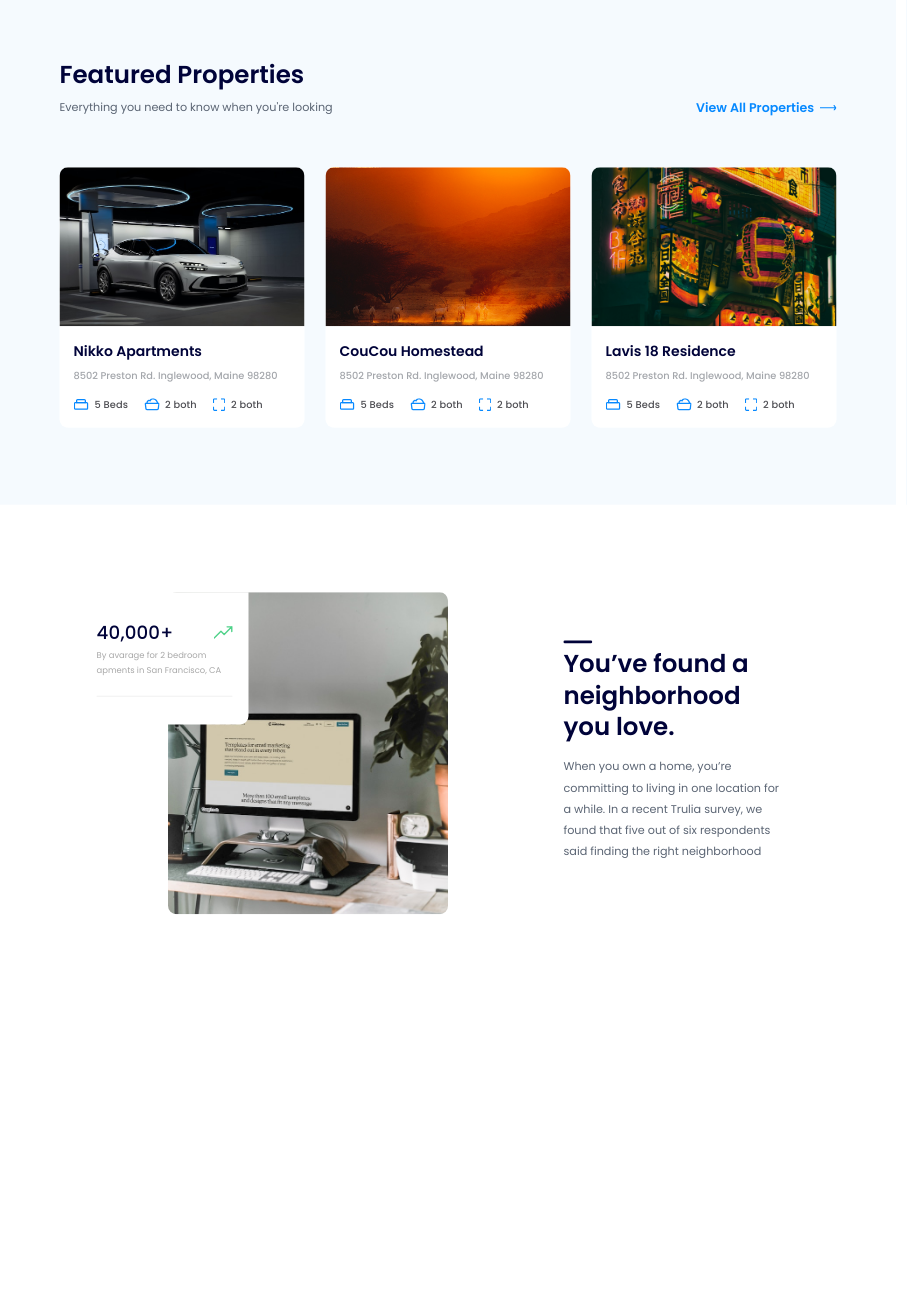
Repository: empty24062002/f8-htmlcss-01
Page: index.html
An editor plug-in stored every save of this project. The page is shown before and after the next save, followed by the edit.
The browser window is 1280 px wide. The page is 1295 px wide, so the pictures cover 1295 px, including what lies to the right of the window. The pictures show the part of the page from y = 1890 to 3770 px (the page is 10000 px tall), at 70% of full size.

Above is the page before, as saved 2023-07-13 10:45:38.

### index.html
<!DOCTYPE html>
<html lang="en">
    <head>
        <meta charset="UTF-8" />
        <meta name="viewport" content="width=device-width, initial-scale=1.0" />
        <title>F8 PROJECT 01</title>
        <link rel="stylesheet" href="./assets/css/reset.css" />
        <link rel="stylesheet" href="./assets/fonts/stylesheet.css" />
        <link rel="stylesheet" href="./assets/css/styles.css" />
    </head>
    <body>
        <main style="height: 10000px">
            <!-- Header -->
            <header class="header">
                <div class="content">
                    <nav class="navbar">
                        <!-- Logo -->
                        <img src="./assets/img/Logo.svg" alt="Besnik." />
                        <!-- Navigation -->
                        <ul>
                            <li><a href="#!">Home</a></li>
                            <li><a href="#!">Features</a></li>
                            <li><a href="#!">Services</a></li>
                            <li><a href="#!">Resources</a></li>
                            <li><a href="#!">Contact</a></li>
                        </ul>
                        <!-- Action -->
                        <div class="actions">
                            <a href="#!" class="action-link">Sign in</a>
                            <a href="#!" class="btn action-btn">Sign up</a>
                        </div>
                    </nav>

                    <div class="hero">
                        <div class="info">
                            <p class="sub-title">Welcome to Besnik Agency</p>
                            <h1 class="title">
                                Discover a place you'll love to live.
                            </h1>
                            <p class="desc">
                                Get the best real estate deals first, before
                                they hit the mass market! HOT FORECLOSURE DEALS
                                with one simple search.
                            </p>
                            <!-- cta: call to action -->
                            <a href="#!" class="btn hero-cta">More About Us</a>
                        </div>

                        <img
                            src="./assets/img/hero-img.svg"
                            alt="Discover a place you'll love to live."
                            class="hero-img"
                        />
                    </div>
                </div>
            </header>

            <!-- Clients -->
            <div class="clients">
                <div class="content">
                    <div class="row">
                        <!-- Logo -->
                        <img src="./assets/img/Logo.svg" alt="Besnik" />

                        <!-- Stars -->
                        <div class="stars">
                            <img src="./assets/img/star.svg" alt="star" />
                            <img src="./assets/img/star.svg" alt="star" />
                            <img src="./assets/img/star.svg" alt="star" />
                            <img src="./assets/img/star.svg" alt="star" />
                            <img src="./assets/img/star.svg" alt="star" />
                        </div>
                    </div>

                    <div class="row row-desc">
                        <p class="desc">
                            More than 45,000+ companies trust besnik
                        </p>
                        <p class="desc">5 Star Ratings (2k+ Review)</p>
                    </div>

                    <div class="images">
                        <img src="./assets/img/meundies-cllients1.svg" alt="" />
                        <img src="./assets/img/slack-clients.svg" alt="" />
                        <img src="./assets/img/amz-clients 3.svg" alt="" />
                        <img
                            src="./assets/img/woo-commerce-clients 4.svg"
                            alt=""
                        />
                        <img src="./assets/img/sitepoint-clients5.svg" alt="" />
                    </div>
                </div>
            </div>

            <!-- Guides -->
            <div class="guides">
                <div class="content">
                    <h2 class="sub-title">How its works?</h2>
                    <p class="desc">
                        Everything you need to know when you're looking to buy,
                        rent, or sell - all in one place.
                    </p>

                    <!-- List Guide -->
                    <ul class="list-guide">
                        <li class="guide-item">
                            <img
                                src="./assets/img/cart-icon.svg"
                                alt="buyer"
                                class="icon"
                            />
                            <h3 class="title">Buyer Guides</h3>
                            <a href="How to buy" class="link">
                                <span>How to buy</span>
                                <img
                                    src="./assets/img/arow-right.svg"
                                    alt="arrow right"
                                    class="arrow"
                                />
                            </a>
                        </li>
                        <li class="guide-item">
                            <img
                                src="./assets/img/rent-icon.svg"
                                alt="rent"
                                class="icon"
                            />
                            <h3 class="title">Renter Guides</h3>
                            <a href="How to buy" class="link">
                                <span>How to rent</span>
                                <img
                                    src="./assets/img/arow-right.svg"
                                    alt="arrow right"
                                    class="arrow"
                                />
                            </a>
                        </li>
                        <li class="guide-item">
                            <img
                                src="./assets/img/sellerr-icon.svg"
                                alt="Seller"
                                class="icon"
                            />
                            <h3 class="title">Seller Guides</h3>
                            <a href="How to buy" class="link">
                                <span>How to sell</span>
                                <img
                                    src="./assets/img/arow-right.svg"
                                    alt="arrow right"
                                    class="arrow"
                                />
                            </a>
                        </li>
                    </ul>

                    <div class="guide-cta">
                        <a href="#!" class="btn">Sell Full Guidelines</a>
                    </div>
                </div>
            </div>

            <!-- Featured -->
            <div class="featured">
                <div class="content">
                    <header>
                        <h2 class="sub-title">Featured Properties</h2>
                        <div class="row">
                            <p class="desc">
                                Everything you need to know when you're looking
                            </p>
                            <a href="#!" class="link">
                                <span>View All Properties</span>
                                <img
                                    src="./assets/img/arow-right.svg"
                                    alt="arrow right"
                                    class="arrow"
                                />
                            </a>
                        </div>
                    </header>

                    <div class="list">
                        <!-- Featured item 1 -->
                        <div class="item">
                            <a href="#!">
                                <img
                                    src="./assets/img/featured-1.jpg"
                                    alt="Nikko Apartments"
                                    class="thumbnail"
                                />
                            </a>
                            <div class="body">
                                <h3 class="title">
                                    <a href="#!">Nikko Apartments</a>
                                </h3>
                                <p class="desc">
                                    8502 Preston Rd. Inglewood, Maine 98280
                                </p>
                                <div class="info">
                                    <img
                                        src="./assets/img/icon-1.svg"
                                        alt=""
                                        class="icon"
                                    />
                                    <span class="lable">5 Beds</span>
                                    <img
                                        src="./assets/img/icon-2.svg"
                                        alt=""
                                        class="icon"
                                    />
                                    <span class="lable">2 both</span>
                                    <img
                                        src="./assets/img/icon-3.svg"
                                        alt=""
                                        class="icon"
                                    />
                                    <span class="lable">2 both</span>
                                </div>
                            </div>
                        </div>
                        <!-- Featured item 2 -->
                        <div class="item">
                            <a href="#!">
                                <img
                                    src="./assets/img/featured-2.jpg"
                                    alt="CouCou Homestead"
                                    class="thumbnail"
                                />
                            </a>
                            <div class="body">
                                <h3 class="title">
                                    <a href="#!" class="line-clamp"
                                        >CouCou Homestead</a
                                    >
                                </h3>
                                <p class="desc line-clamp">
                                    8502 Preston Rd. Inglewood, Maine 98280
                                </p>
                                <div class="info">
                                    <img
                                        src="./assets/img/icon-1.svg"
                                        alt=""
                                        class="icon"
                                    />
                                    <span class="lable">5 Beds</span>
                                    <img
                                        src="./assets/img/icon-2.svg"
                                        alt=""
                                        class="icon"
                                    />
                                    <span class="lable">2 both</span>
                                    <img
                                        src="./assets/img/icon-3.svg"
                                        alt=""
                                        class="icon"
                                    />
                                    <span class="lable">2 both</span>
                                </div>
                            </div>
                        </div>
                        <!-- Featured item 3 -->
                        <div class="item">
                            <a href="#!">
                                <img
                                    src="./assets/img/featured-3.jpg"
                                    alt="Lavis 18 Residence"
                                    class="thumbnail"
                                />
                            </a>
                            <div class="body">
                                <h3 class="title">
                                    <a href="#!">Lavis 18 Residence</a>
                                </h3>
                                <p class="desc">
                                    8502 Preston Rd. Inglewood, Maine 98280
                                </p>
                                <div class="info">
                                    <img
                                        src="./assets/img/icon-1.svg"
                                        alt=""
                                        class="icon"
                                    />
                                    <span class="lable">5 Beds</span>
                                    <img
                                        src="./assets/img/icon-2.svg"
                                        alt=""
                                        class="icon"
                                    />
                                    <span class="lable">2 both</span>
                                    <img
                                        src="./assets/img/icon-3.svg"
                                        alt=""
                                        class="icon"
                                    />
                                    <span class="lable">2 both</span>
                                </div>
                            </div>
                        </div>
                    </div>
                </div>
            </div>

            <!-- Stats -->
            <div class="stats">
                <div class="content">
                    <div class="row">
                        <div class="img-block">
                            <img
                                class="image"
                                src="./assets/img/stat-img.jpg"
                                alt="You’ve found a neighborhood you love."
                            />

                            <!-- Trend -->
                            <div class="stats-trend">
                                <div class="row">
                                    <strong class="value">40,000+</strong>
                                    <img
                                        src="./assets/img/trend-img.svg"
                                        alt=""
                                        class="icon"
                                    />
                                </div>
                                <p class="desc">
                                    By avarage for 2 bedroom apments in San
                                    Francisco, CA
                                </p>
                                <div class="separate"></div>
                            </div>
                        </div>
                        <div class="info">
                            <h2 class="sub-title">
                                You’ve found a neighborhood you love.
                            </h2>
                            <p class="desc">
                                When you own a home, you’re committing to living
                                in one location for a while. In a recent Trulia
                                survey, we found that five out of six
                                respondents said finding the right neighborhood
                            </p>
                        </div>
                    </div>
                </div>
            </div>
        </main>
    </body>
</html>

### assets/css/styles.css
* {
    box-sizing: border-box;
}

:root {
    --primary-color: #0f1b4c;
}

html {
    font-size: 62.5%;
}

body {
    font-size: 1.6rem;
    font-family: "Poppins", sans-serif;
}
/* Common */
a {
    text-decoration: none;
}

.content {
    width: 1110px;
    max-width: calc(100% - 48px);
    margin-left: auto;
    margin-right: auto;
}

.btn {
    display: inline-block;
    min-width: 98px;
    padding: 18px 16px;
    border-radius: 12px;
    background: var(--primary-color);
    font-size: 1.4rem;
    font-weight: 500;
    text-align: center;
    color: #fff;
}

.btn:hover {
    opacity: 0.9;
}

.line-clamp {
    display: -webkit-box;
    -webkit-line-clamp: var(--line-clamp, 2);
    -webkit-box-orient: vertical;
    overflow: hidden;
}

/* Header */
.header {
    position: relative;
    background-color: #e6f0ff;
    height: 100vh;
}

.navbar {
    display: flex;
    align-items: center;
    padding-top: 38px;
}

.navbar ul {
    display: flex;
    margin-left: 50px;
}

.navbar ul a {
    font-size: 1.4rem;
    font-weight: 500;
    color: #4f5361;
    padding: 8px 14px;
}

.navbar ul a:hover {
    text-decoration: underline;
}

.navbar .actions {
    margin-left: auto;
}

.navbar .action-link {
    font-size: 1.4rem;
    font-weight: 500;
    color: var(--primary-color);
    margin-right: 18px;
}

.navbar .action-btn {
    padding: 13px 16px;
    border-radius: 8px;
}

.hero {
    margin-top: 130px;
}

.hero .info {
    width: 51%;
}

.hero .sub-title {
    color: #687690;
    font-size: 1.8rem;
    line-height: 1.5;
    font-weight: 500;
    letter-spacing: 0.01em;
}

.hero .title {
    margin-top: 8px;
    color: #000336;
    font-size: 6.2rem;
    font-weight: 700;
    line-height: 1.19;
}

.hero .desc {
    margin-top: 30px;
    color: #5a6473;
    font-size: 1.8rem;
    font-weight: 400;
    line-height: 1.78;
}

.hero-cta {
    min-width: 170px;
    margin-top: 40px;
}

.hero-img {
    position: absolute;
    right: calc((100vw - 1110px) / 2 - 100px);
    bottom: 0;
}

/* Clients */
.clients {
    margin-top: 79px;
    padding: 43px 0 64px;
}

.clients .row {
    display: flex;
    justify-content: space-between;
}

.clients .row-desc {
    margin-top: 23px;
}

.clients .desc {
    font-size: 1.6rem;
    font-weight: 500;
    line-height: 20px;
}

.clients .images {
    display: flex;
    justify-content: space-between;
    align-items: center;
    margin-top: 96px;
}

/* Guides */

.guides {
    margin-top: 40px;
    padding: 93px 0 79px;
}

.guides .sub-title {
    position: relative;
    color: #000339;
    text-align: center;
    font-size: 3.5rem;
    font-weight: 600;
    line-height: 35px;
}

.guides .sub-title::before {
    position: absolute;
    display: inline-block;
    content: "";
    width: 41px;
    height: 4px;
    top: -10px;
    left: 50%;
    transform: translateX(-50%);
    border-radius: 12px;
    background: #000339;
}

.guides .desc {
    width: 459px;
    max-width: 100%;
    color: #5a6473;
    text-align: center;
    margin: 20px auto 0;
    font-size: 1.6rem;
    font-weight: 400;
    line-height: 30px;
}

.list-guide {
    display: flex;
    justify-content: center;
    margin-top: 70px;
}

.guide-item {
    margin: 0 70px;
    text-align: center;
}

.guide-item .title {
    margin-top: 26px;
    color: #3b3c45;
    font-size: 2rem;
    font-weight: 500;
    line-height: 22px;
}

.guide-item .link {
    display: inline-block;
    margin-top: 10px;
    color: #0689ff;
    font-size: 1.4rem;
    font-weight: 600;
}

.guide-item .arrow {
    margin-left: 6px;
}

.guide-cta {
    display: flex;
    justify-content: center;
    margin-top: 50px;
}

.guide-cta .btn {
    min-width: 170px;
    color: #fff;
    font-size: 1.3rem;
    font-weight: 500;
    line-height: normal;
}

/* Featured */

.featured {
    background: #f5fafe;
    margin-top: 41px;
    padding: 110px 0;
}

.featured .sub-title {
    color: #000339;
    font-size: 3.5rem;
    font-weight: 600;
    line-height: 35px;
}

.featured .row {
    display: flex;
    justify-content: space-between;
    margin-top: 15px;
}

.featured .desc {
    color: #5a6473;
    font-size: 1.6rem;
    font-weight: 400;
    line-height: 30px;
}

.featured .link {
    display: flex;
    align-items: center;
    color: #0689ff;
    font-size: 18px;
    font-weight: 600;
}

.featured .arrow {
    margin-left: 8px;
}
.featured .list {
    display: flex;
    gap: 30px;
    margin-top: 70px;
}

.featured .item {
    background: #fff;
    flex: 1;
    border-radius: 12px;
}

.featured .item .thumbnail {
    width: 100%;
    height: 227px;
    object-fit: cover;
    border-top-left-radius: 12px;
    border-top-right-radius: 12px;
}

.featured .item .body {
    padding: 17px 20px 24px;
}

.featured .item .title a {
    color: #000339;
    font-size: 2rem;
    font-weight: 600;
    line-height: 1.5;
}

.featured .item .desc {
    --line-clamp: 3;
    margin-top: 11px;
    color: #a3a6ab;
    font-size: 1.4rem;
    line-height: 1.5;
    font-weight: 500;
    word-break: break-all;
}

.featured .item .info {
    display: flex;
    align-items: center;
    margin-top: 21px;
}

.featured .item .lable {
    margin-left: 8px;
    color: #4d4d52;
    font-size: 1.4rem;
    font-weight: 500;
    letter-spacing: 0.14px;
}

.featured .item .icon {
    margin-left: 23px;
}

.featured .item .icon:first-child {
    margin-left: 0;
}

/* Stats */
.stats {
    margin-top: 75px;
    padding: 50px 0;
    /* background: orange;*/
}

.stats .content {
    width: 1048px;
}

.stats .row {
    display: flex;
}

.stats .img-block,
.stats .info {
    width: 50%;
}

.stats .img-block .image {
    display: block;
    margin-left: auto;
    width: 400px;
    height: 460px;
    border-radius: 12px;
    object-fit: cover;
}

.stats .info {
    padding: 79px 0 0 165px;
}

.stats .img-block {
    position: relative;
}

.stats-trend {
    position: absolute;
    top: 0;
    left: 0;
    width: 239px;
    padding: 45px 22px 40px;
    border-radius: 0px 0px 12px 12px;
    /* background-color: orange; */
    background-color: #fff;
}

.stats-trend .value {
    color: #000339;
    font-size: 2.6rem;
    font-weight: 500;
    letter-spacing: 0.26px;
}

.stats-trend .icon {
    margin-left: auto;
}

.stats-trend .desc {
    margin-top: 8px;
    color: #a7a7a7;
    font-size: 1.2rem;
    font-weight: 400;
    line-height: 1.8;
}

.stats-trend .separate {
    margin-top: 25.5px;
    width: 193.62px;
    height: 1.2px;
    background: #e9e9e9;
}

.stats .sub-title {
    position: relative;
    width: 269px;
    color: #000339;
    font-size: 3.5rem;
    font-weight: 600;
    line-height: 1.29; /* 128.571% */
}

.stats .sub-title::before {
    position: absolute;
    content: "";
    display: block;
    width: 41px;
    height: 4px;
    top: -10px;
    left: 0;
    border-radius: 12px;
    background: #000339;
}

.stats .info .desc {
    width: 309px;
    margin-top: 20px;
    color: #5a6473;
    font-size: 1.6rem;
    font-weight: 400;
    line-height: 1.88;
}

Loaded but not shown: assets/css/reset.css (common file); assets/fonts/stylesheet.css (162 lines, source omitted)

After the next save:
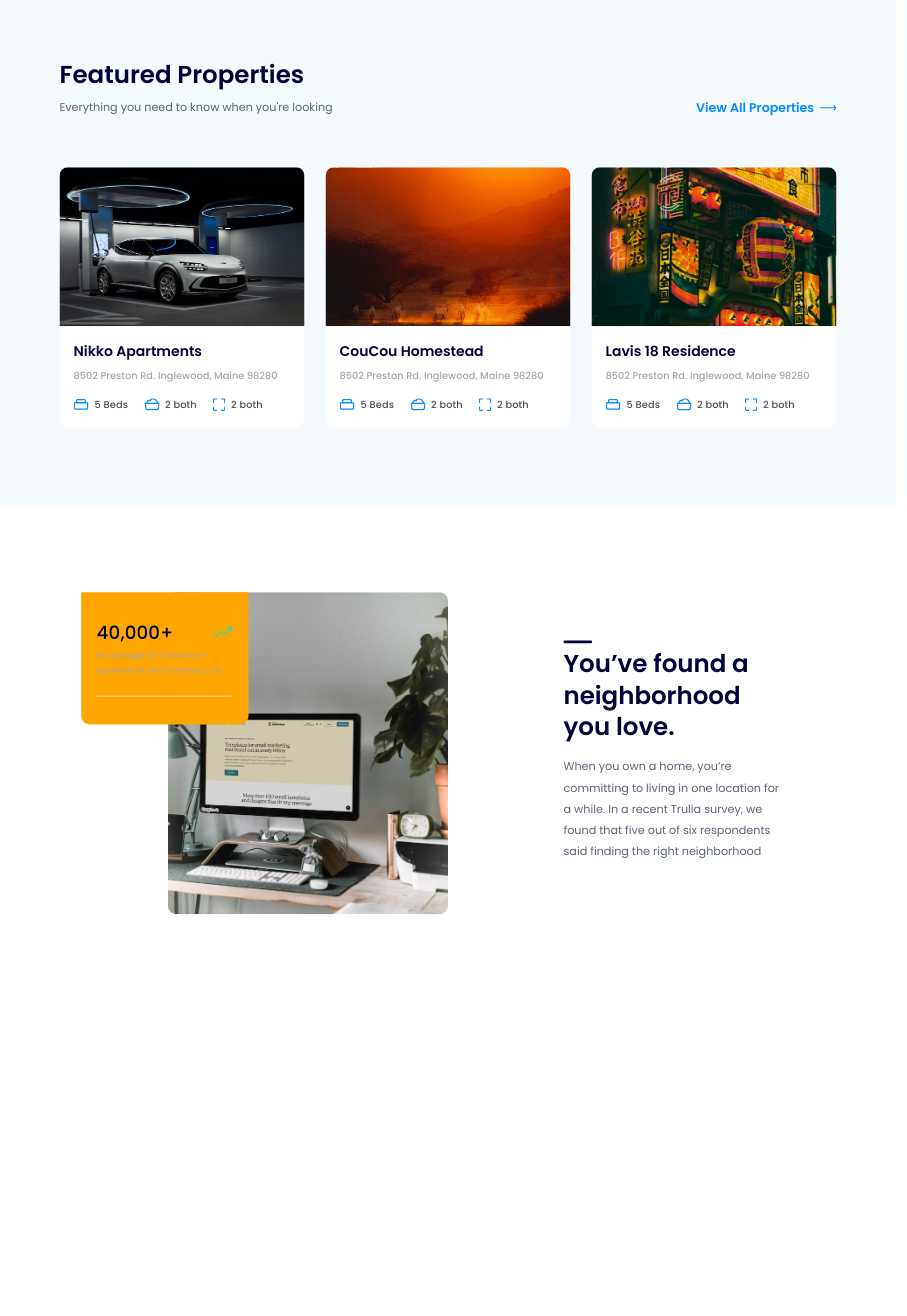
Saved 7 s later.
--- a/assets/css/styles.css
+++ b/assets/css/styles.css
@@ -396,8 +396,8 @@
     width: 239px;
     padding: 45px 22px 40px;
     border-radius: 0px 0px 12px 12px;
-    /* background-color: orange; */
-    background-color: #fff;
+    background-color: orange;
+    /* background-color: #fff; */
 }
 
 .stats-trend .value {
